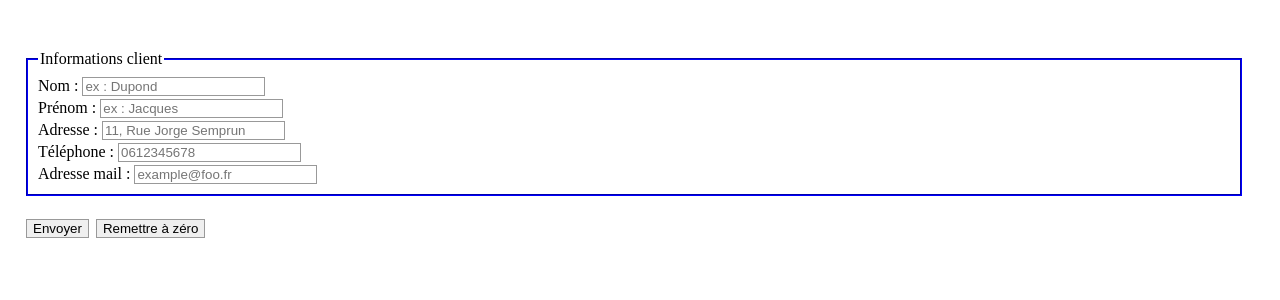
Repository: big73/NFE114
Page: http://localhost/Seance4-step1/
An editor plug-in stored every save of this project. The page is shown before and after the next save, followed by the edit.
The browser window is 1280 px wide. The pictures show the whole page.
The page is served by Tomcat 9.

Above is the page before, as saved 2015-12-30 14:31:35.

After the next save:
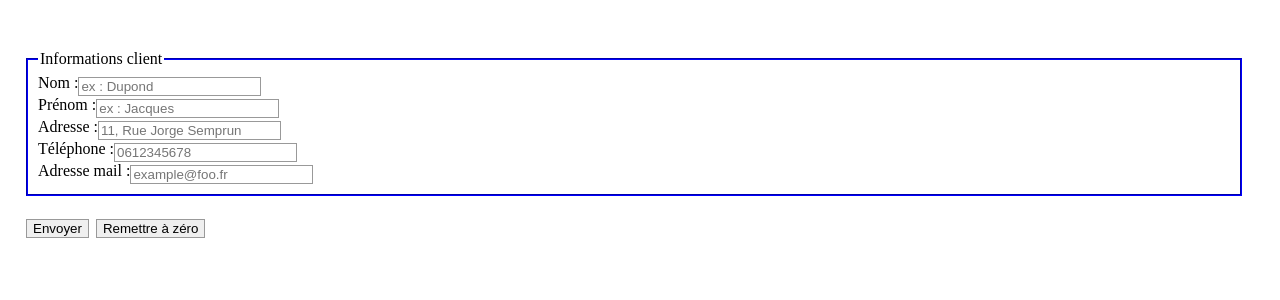
Saved 2 min 1 s later.
--- a/Seance4-step1/WebContent/css/style.css
+++ b/Seance4-step1/WebContent/css/style.css
@@ -19,3 +19,8 @@ input
 
     border: 1px #999 solid;
 }
+
+label
+{
+	float : left;
+}

After the save that followed:
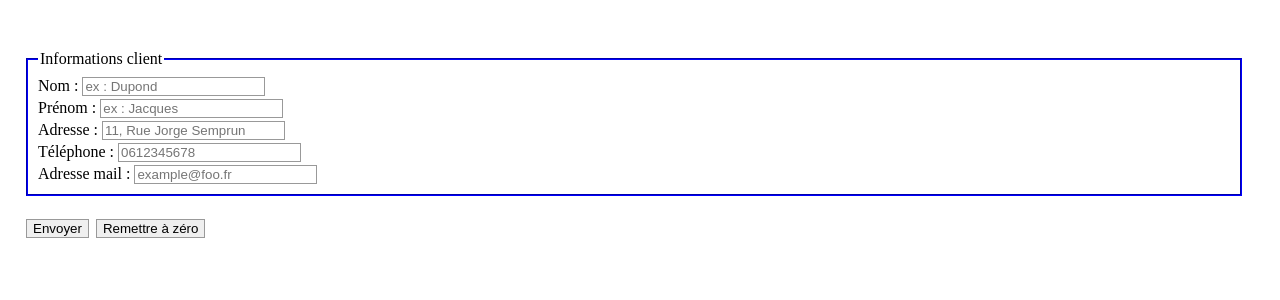
Saved 10 s later.
--- a/Seance4-step1/WebContent/css/style.css
+++ b/Seance4-step1/WebContent/css/style.css
@@ -19,8 +19,3 @@ input
 
     border: 1px #999 solid;
 }
-
-label
-{
-	float : left;
-}
